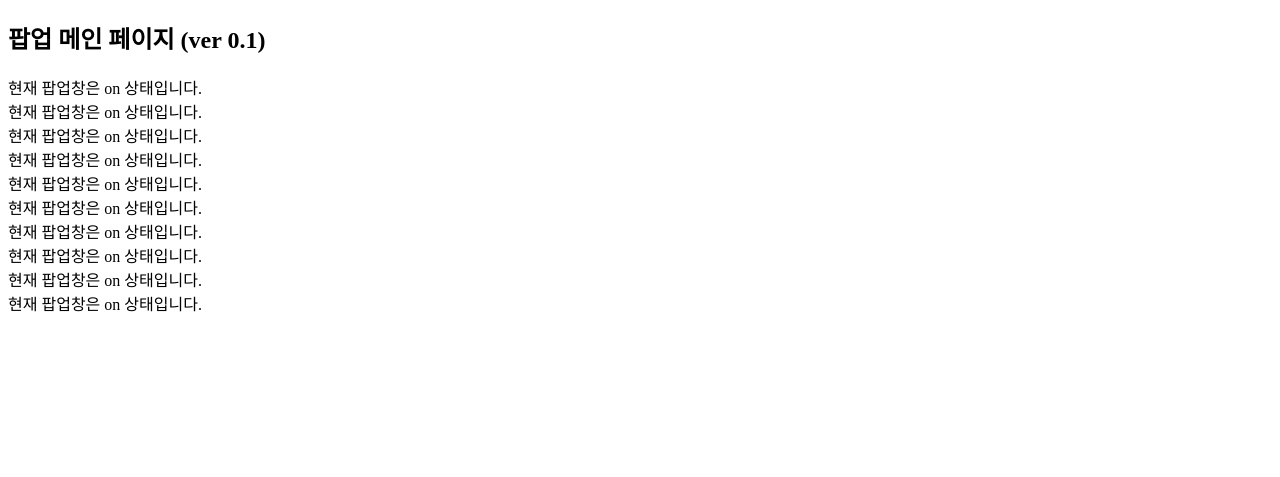
Repository: Charles0304/JSP
Page: http://localhost/MustHaveJSP/04Cookie/PopupMain_0.1.jsp
These files come from the project's save history. The page is drawn as it stood at one moment and after the next save; the edit follows.
The browser window is 1280 px wide. The pictures show the whole page.
The page is served by Tomcat 10. Nobody is signed in. The application's start-up code is not run. Other server files are loaded and not shown.

Above is the page before, as saved 2024-04-18 06:14:51.
Console error: SyntaxError: missing ) after argument list

### MustHaveJSP/src/main/webapp/04Cookie/PopupMain_0.1.jsp
<%@ page language="java" contentType="text/html; charset=UTF-8"
	pageEncoding="UTF-8"%>
<%
String popupMode = "on";
%>
<!DOCTYPE html>
<html>
<head>
<meta charset="UTF-8">
<title>쿠키를 이용한 팝업 관리 ver 0.1</title>
<style type="text/css">
duv#popup {
	position: absolute;
	top: 100px;
	left: 50px;
	color: yellow;
	width: 270px;
	height: 100px;
	background-color: gray;
}

div#popup>div {
	position: relative;
	background-color: #ffffff;
	top: 0px;
	border: 1px solid gray;
	padding: 10px;
	color: black;
}
</style>

<script
	src="https://ajax.googleapis.com/ajax/libs/jquery/3.7.0/jquery.min.js"></script>
<script>
$(fuction(){
	$('#closBtn').click(function(){
		$('#popup').hide();
	})
})
</script>
</head>
<body>
	<h2>팝업 메인 페이지 (ver 0.1)</h2>
<%
for(int i=1;i<=10;i++){
	out.print("현재 팝업창은 "+popupMode+" 상태입니다.<br/>");
}
if(popupMode.equals("in")){
	%>
	<div id = "popup">
	<h2 align="center">공지사항 팝업입니다.</h2>
	<div align="right"><form name = "popFrm">
	<input type="checkbox" id = "inactiveToday" value = "1"/>
	하루 동안 열지 않음
	<input type = "button" value = "닫기" id="closeBtn"/>
	</form>
	</div>
	</div>
	<%
	}
%>


</body>
</html>

After the next save:
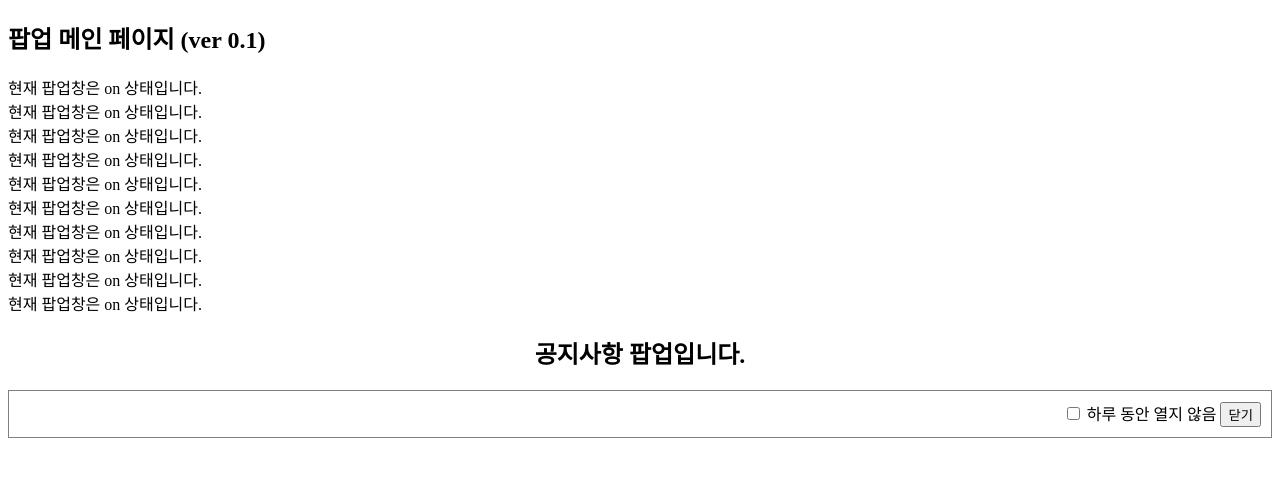
Saved 63 s later.
--- a/MustHaveJSP/src/main/webapp/04Cookie/PopupMain_0.1.jsp
+++ b/MustHaveJSP/src/main/webapp/04Cookie/PopupMain_0.1.jsp
@@ -45,7 +45,7 @@ $(fuction(){
 for(int i=1;i<=10;i++){
 	out.print("현재 팝업창은 "+popupMode+" 상태입니다.<br/>");
 }
-if(popupMode.equals("in")){
+if(popupMode.equals("on")){
 	%>
 	<div id = "popup">
 	<h2 align="center">공지사항 팝업입니다.</h2>
